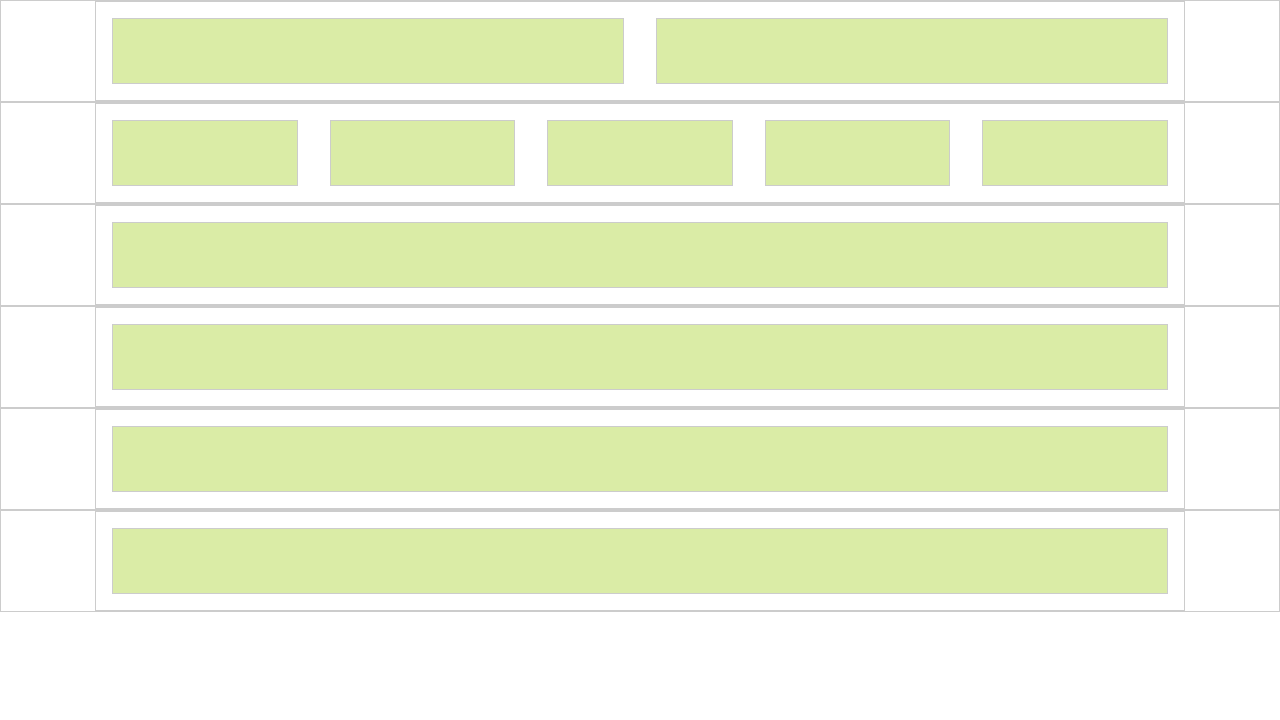
Repository: AlexBCIT/metrolicspractice
Page: index.html
The author's editor kept a copy of each file at every save. The page is drawn from the files as they stood at one save, then again after the next save.
The browser window is 1280 px wide. The pictures show the whole page.

Above is the page before, as saved 2021-01-29 10:27:34.

### index.html
<!doctype html>
<html class="no-js" lang="">

<head>
    <meta charset="utf-8">
    <title></title>
    <meta name="description" content="">
    <meta name="viewport" content="width=device-width, initial-scale=1">

    <meta property="og:title" content="">
    <meta property="og:type" content="">
    <meta property="og:url" content="">
    <meta property="og:image" content="">

    <link rel="manifest" href="site.webmanifest">
    <link rel="apple-touch-icon" href="icon.png">
    <!-- Place favicon.ico in the root directory -->

    <link rel="stylesheet" href="css/normalize.css">
    <link rel="stylesheet" href="css/main.css">

    <meta name="theme-color" content="#fafafa">
</head>

<body>

    <div class="container">
        <div class="row col-2">
            <div class="column">

            </div>
            <div class="column">

            </div>
        </div>
    </div>
    <div class="container">
        <div class="row col-5">
            <div class="column">

            </div>
            <div class="column">

            </div>
            <div class="column">

            </div>
            <div class="column">

            </div>
            <div class="column">

            </div>
        </div>
    </div>
    <div class="container">
        <div class="row">
            <div class="column">

            </div>
        </div>
    </div>
    <div class="container">
        <div class="row">
            <div class="column">

            </div>
        </div>
    </div>
    <div class="container">
        <div class="row">
            <div class="column">

            </div>
        </div>
    </div>
    <div class="container">
        <div class="row">
            <div class="column">

            </div>
        </div>
    </div>




    <script src="js/vendor/modernizr-3.11.2.min.js"></script>
    <script src="js/plugins.js"></script>
    <script src="js/main.js"></script>

    <!-- Google Analytics: change UA-XXXXX-Y to be your site's ID. -->
    <script>
        window.ga = function() {
            ga.q.push(arguments)
        };
        ga.q = [];
        ga.l = +new Date;
        ga('create', 'UA-XXXXX-Y', 'auto');
        ga('set', 'anonymizeIp', true);
        ga('set', 'transport', 'beacon');
        ga('send', 'pageview')
    </script>
    <script src="https://www.google-analytics.com/analytics.js" async></script>
</body>

</html>

### css/main.css
/*! HTML5 Boilerplate v8.0.0 | MIT License | https://html5boilerplate.com/ */


/* main.css 2.1.0 | MIT License | https://github.com/h5bp/main.css#readme */


/*
 * What follows is the result of much research on cross-browser styling.
 * Credit left inline and big thanks to Nicolas Gallagher, Jonathan Neal,
 * Kroc Camen, and the H5BP dev community and team.
 */


/* ==========================================================================
   Base styles: opinionated defaults
   ========================================================================== */

html {
    color: #222;
    font-size: 1em;
    line-height: 1.4;
}


/*
 * Remove text-shadow in selection highlight:
 * https://twitter.com/miketaylr/status/12228805301
 *
 * Vendor-prefixed and regular ::selection selectors cannot be combined:
 * https://stackoverflow.com/a/16982510/7133471
 *
 * Customize the background color to match your design.
 */

::-moz-selection {
    background: #b3d4fc;
    text-shadow: none;
}

::selection {
    background: #b3d4fc;
    text-shadow: none;
}


/*
 * A better looking default horizontal rule
 */

hr {
    display: block;
    height: 1px;
    border: 0;
    border-top: 1px solid #ccc;
    margin: 1em 0;
    padding: 0;
}


/*
 * Remove the gap between audio, canvas, iframes,
 * images, videos and the bottom of their containers:
 * https://github.com/h5bp/html5-boilerplate/issues/440
 */

audio,
canvas,
iframe,
img,
svg,
video {
    vertical-align: middle;
}


/*
 * Remove default fieldset styles.
 */

fieldset {
    border: 0;
    margin: 0;
    padding: 0;
}


/*
 * Allow only vertical resizing of textareas.
 */

textarea {
    resize: vertical;
}


/* ==========================================================================
   Author's custom styles
   ========================================================================== */

div,
header,
footer,
section {
    border: 1px solid #ccc;
    min-height: 4rem;
}

.column {
    background-color: rgb(218, 236, 166);
    margin: 1rem;
}

.row {
    display: grid;
    width: 85vw;
    max-width: 70rem;
    margin: 0 auto;
}

.col-2 {
    grid-template-columns: 1fr 1fr;
}

.col-3 {
    grid-template-columns: repeat(3, 1fr);
}

.col-4 {
    grid-template-columns: repeat(4, 1fr);
}

.col-5 {
    grid-template-columns: repeat(5, 1fr);
}

.col-6 {
    grid-template-columns: repeat(6, 1fr);
}

.col-7 {
    grid-template-columns: repeat(7, 1fr);
}

.col-8 {
    grid-template-columns: repeat(8, 1fr);
}


/* ==========================================================================
   UTILITY
   ========================================================================== */


/*
 * Hide visually and from screen readers
 */

.hidden,
[hidden] {
    display: none !important;
}


/*
 * Hide only visually, but have it available for screen readers:
 * https://snook.ca/archives/html_and_css/hiding-content-for-accessibility
 *
 * 1. For long content, line feeds are not interpreted as spaces and small width
 *    causes content to wrap 1 word per line:
 *    https://medium.com/@jessebeach/beware-smushed-off-screen-accessible-text-5952a4c2cbfe
 */

.sr-only {
    border: 0;
    clip: rect(0, 0, 0, 0);
    height: 1px;
    margin: -1px;
    overflow: hidden;
    padding: 0;
    position: absolute;
    white-space: nowrap;
    width: 1px;
    /* 1 */
}


/*
 * Extends the .sr-only class to allow the element
 * to be focusable when navigated to via the keyboard:
 * https://www.drupal.org/node/897638
 */

.sr-only.focusable:active,
.sr-only.focusable:focus {
    clip: auto;
    height: auto;
    margin: 0;
    overflow: visible;
    position: static;
    white-space: inherit;
    width: auto;
}


/*
 * Hide visually and from screen readers, but maintain layout
 */

.invisible {
    visibility: hidden;
}


/*
 * Clearfix: contain floats
 *
 * For modern browsers
 * 1. The space content is one way to avoid an Opera bug when the
 *    `contenteditable` attribute is included anywhere else in the document.
 *    Otherwise it causes space to appear at the top and bottom of elements
 *    that receive the `clearfix` class.
 * 2. The use of `table` rather than `block` is only necessary if using
 *    `:before` to contain the top-margins of child elements.
 */

.clearfix::before,
.clearfix::after {
    content: " ";
    display: table;
}

.clearfix::after {
    clear: both;
}


/* ==========================================================================
   EXAMPLE Media Queries for Responsive Design.
   These examples override the primary ('mobile first') styles.
   Modify as content requires.
   ========================================================================== */

@media only screen and (min-width: 35em) {
    /* Style adjustments for viewports that meet the condition */
}

@media print,
(-webkit-min-device-pixel-ratio: 1.25),
(min-resolution: 1.25dppx),
(min-resolution: 120dpi) {
    /* Style adjustments for high resolution devices */
}


/* ==========================================================================
   Print styles.
   Inlined to avoid the additional HTTP request:
   https://www.phpied.com/delay-loading-your-print-css/
   ========================================================================== */

@media print {
    *,
    *::before,
    *::after {
        background: #fff !important;
        color: #000 !important;
        /* Black prints faster */
        box-shadow: none !important;
        text-shadow: none !important;
    }
    a,
    a:visited {
        text-decoration: underline;
    }
    a[href]::after {
        content: " (" attr(href) ")";
    }
    abbr[title]::after {
        content: " (" attr(title) ")";
    }
    /*
   * Don't show links that are fragment identifiers,
   * or use the `javascript:` pseudo protocol
   */
    a[href^="#"]::after,
    a[href^="javascript:"]::after {
        content: "";
    }
    pre {
        white-space: pre-wrap !important;
    }
    pre,
    blockquote {
        border: 1px solid #999;
        page-break-inside: avoid;
    }
    /*
   * Printing Tables:
   * https://web.archive.org/web/20180815150934/http://css-discuss.incutio.com/wiki/Printing_Tables
   */
    thead {
        display: table-header-group;
    }
    tr,
    img {
        page-break-inside: avoid;
    }
    p,
    h2,
    h3 {
        orphans: 3;
        widows: 3;
    }
    h2,
    h3 {
        page-break-after: avoid;
    }
}

### js/plugins.js
// Avoid `console` errors in browsers that lack a console.
(function() {
  var method;
  var noop = function () {};
  var methods = [
    'assert', 'clear', 'count', 'debug', 'dir', 'dirxml', 'error',
    'exception', 'group', 'groupCollapsed', 'groupEnd', 'info', 'log',
    'markTimeline', 'profile', 'profileEnd', 'table', 'time', 'timeEnd',
    'timeline', 'timelineEnd', 'timeStamp', 'trace', 'warn'
  ];
  var length = methods.length;
  var console = (window.console = window.console || {});

  while (length--) {
    method = methods[length];

    // Only stub undefined methods.
    if (!console[method]) {
      console[method] = noop;
    }
  }
}());

// Place any jQuery/helper plugins in here.

Loaded but not shown: css/normalize.css (library); js/vendor/modernizr-3.11.2.min.js (library); js/main.js (no stored copy; drawn as an empty file)

After the next save:
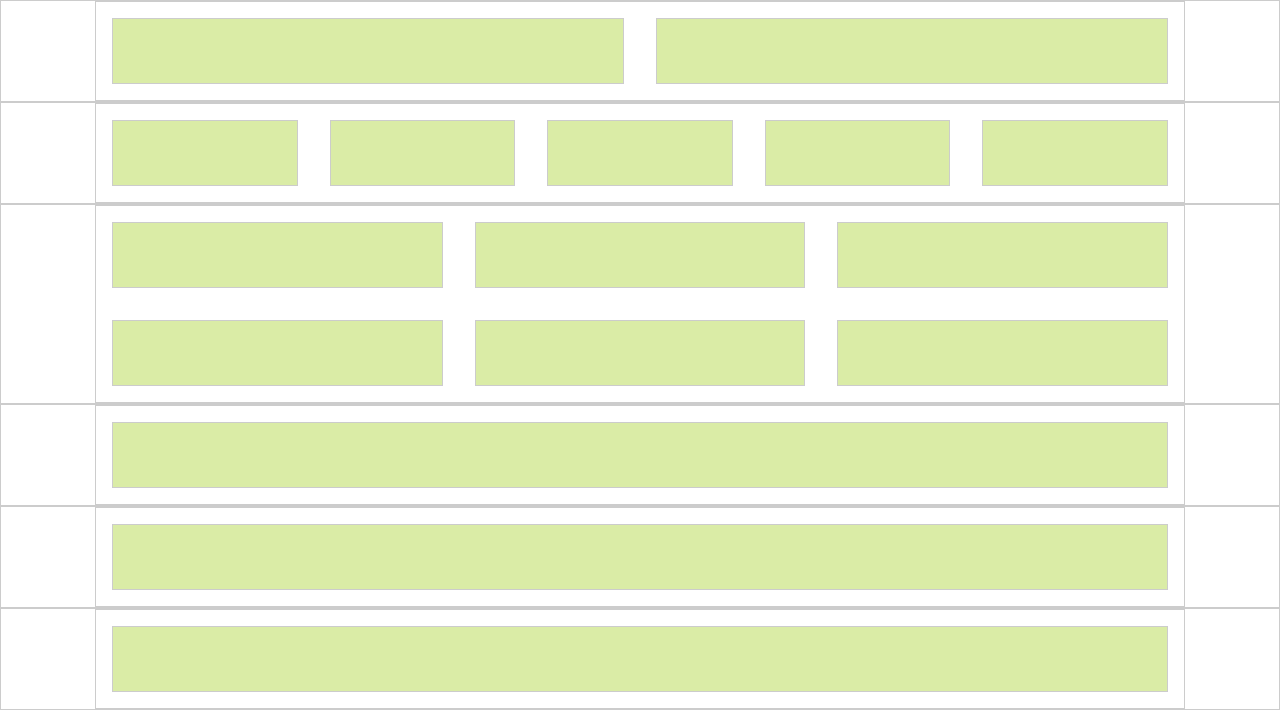
Saved 54 s later.
--- a/index.html
+++ b/index.html
@@ -54,7 +54,22 @@
         </div>
     </div>
     <div class="container">
-        <div class="row">
+        <div class="row col-3">
+            <div class="column">
+
+            </div>
+            <div class="column">
+
+            </div>
+            <div class="column">
+
+            </div>
+            <div class="column">
+
+            </div>
+            <div class="column">
+
+            </div>
             <div class="column">
 
             </div>
